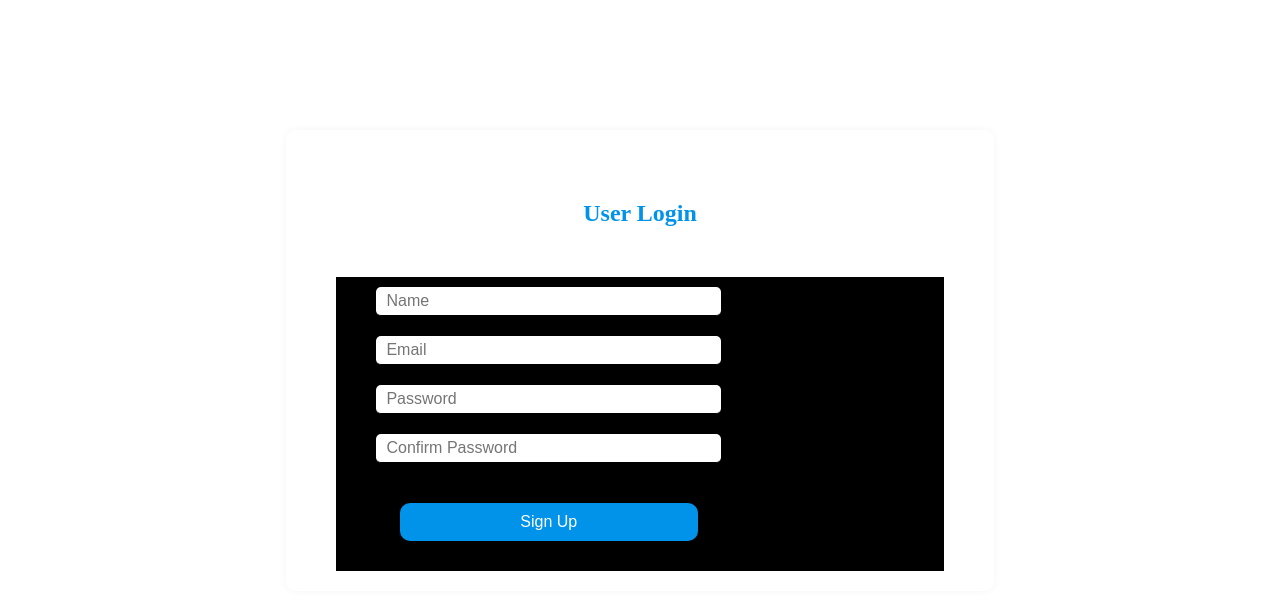
Repository: devSkhandelwal/job-search
Page: /login
An editor plug-in stored every save of this project. The page is shown before and after the next save, followed by the edit.
The browser window is 1280 px wide. The pictures show the whole page.
The project was rebuilt for these pictures with package versions that can differ from the ones it lists, and the page was loaded fresh each time. Also part of the build but not shown: src/actions/jobAction.js, src/components/FormElement/ApplyForm.js, src/containers/JobDetailsContainer.js, src/containers/JobFilterContainer.js, src/components/JobItem.js, src/components/JobList.js, src/containers/JobListContainer.js.

Above is the page before, as saved 2021-05-04 10:13:11.

### src/index.js
import React from 'react';
import ReactDOM from 'react-dom';
import './index.css';
import App from './App';
import {Provider} from 'react-redux'
import store from './store';

ReactDOM.render(
    <Provider store={store}>
      <App />
    </Provider>,
  document.getElementById('root')
);

### src/index.css
*{
  margin: 0;
  padding: 0;
  box-sizing: border-box;
}

.container{
  width: 100%;
  padding: 0 50px;
  display: flex;
  flex-direction: column;
  align-items: center;
  justify-content: center;
}

### src/App.js
import {BrowserRouter as Router, Route, Switch} from 'react-router-dom';
import JobDetailsContainer from './containers/JobDetailsContainer';
import JobFilterContainer from './containers/JobFilterContainer';
import JobListContainer from './containers/JobListContainer';
import LoginContainer from './containers/LoginContainer';

function App() {
  return (
    <Router>
      <Switch>
        <Route exact path="/" component={JobListContainer} />
        <Route path="/login" component = {LoginContainer}/>
        <Route path="/job/filter" component={JobFilterContainer}/>
        <Route path="/job/details/:jobId" component={JobDetailsContainer}/>
      </Switch>
    </Router>
  );
}

export default App;

### src/store.js
import {combineReducers,createStore,applyMiddleware} from 'redux';
import thunk from 'redux-thunk';
import {composeWithDevTools} from 'redux-devtools-extension'
import { userLoginReducer } from './reducers/userReducer';
import { jobDetailsReducer, jobListReducer } from './reducers/jobReducers';


const reducers = combineReducers({
    login:userLoginReducer,
    jobList:jobListReducer,
    jobDetails:jobDetailsReducer
});

const userFromStorage = localStorage.getItem('userInfo') ? JSON.parse(localStorage.getItem('userInfo')) :null

const initialState = {
    login:{userInfo:userFromStorage}
}


const middleware = [thunk]


const store = createStore(
    reducers,
    initialState,
    composeWithDevTools(applyMiddleware(...middleware))
)

export default store;

### src/containers/LoginContainer.js
import React, { useState,useEffect } from 'react';
import {useDispatch,useSelector} from 'react-redux'
import {useHistory} from 'react-router-dom'

import { userLoginAction } from '../actions/userActions';
import Card from '../components/Card/Card';
import './LoginContainer.css'
import Button from '../components/FormElement/Button'
import Input from '../components/FormElement/Input'
import FormContainer from '../components/FormElement/FormContainer';

const LoginContainer = () => {

    const [name,setName] = useState('');
    const [email,setEmail] = useState('');
    const [password,setPassword] = useState('');
    const [confirmPassword,setConfirmPassword] = useState('');
    const [message,setMessage] = useState('')



    const history = useHistory();
    const dispatch = useDispatch();
    const user = useSelector(state=>state.login);

    const {userInfo,loading,error} = user;


    useEffect(()=>{
        if(userInfo){
            history.push('/job/filter')
        }
    },[userInfo,history])

    const submitHandler = (e) => {
        e.preventDefault();
        if(name === '' || email ==='' || password === '' || confirmPassword === '' ){
            setMessage('Required all fields')
        }

        if(password === confirmPassword){
            setMessage('Password does not match')
        }

        dispatch(userLoginAction(name,email))



    }

    return (
        <div className="container login__container">
            <Card>
            <h2>User Login </h2>
                <FormContainer>

                    <form onSubmit={submitHandler} className="form">
                        <Input
                            element="input"
                            id="name"
                            name="Name"
                            type="text"
                            value={name}
                            onChange={(e)=>setName(e.target.value)}
                        />
                        <Input
                            element="input"
                            id="email"
                            name="Email"
                            type="email"
                            value={email}
                            onChange={(e)=>setEmail(e.target.value)}
                        />
                        <Input
                            element="input"
                            id="password"
                            name="Password"
                            type="password"
                            value={password}
                            onChange={(e)=>setPassword(e.target.value)}
                        />
                        <Input
                            element="input"
                            id="confirmPassword"
                            name="Confirm Password"
                            type="password"
                            value={confirmPassword}
                            onChange={(e)=>setConfirmPassword(e.target.value)}
                        />
                        <Button type="submit" varient="full">
                            Sign Up
                        </Button>
                    </form>
                </FormContainer>
            </Card>
        </div>
    )
}

export default LoginContainer

### src/reducers/userReducer.js
import { USER_LOGIN_FAIL, USER_LOGIN_REQUEST, USER_LOGIN_SUCCESS } from "../constants/userConstants";

export const userLoginReducer = (state={},action) => {
    switch(action.type){
        case USER_LOGIN_REQUEST:
            return {
                loading:true
            }
        case USER_LOGIN_SUCCESS:
            return{
                loading:false,
                userInfo:action.payload
            }
        case USER_LOGIN_FAIL:
            return{
                loading:false,
                error:action.payload
            }
        default:
            return state
    }
}

### src/reducers/jobReducers.js
import { JOB_DETAILS_FAIL, JOB_DETAILS_REQUEST, JOB_DETAILS_SUCCESS, JOB_LIST_FAIL, JOB_LIST_REQUEST, JOB_LIST_SUCCESS } from "../constants/jobsConstants";

export const jobListReducer = (state={jobs:[]},action) => {
    switch(action.type){
        case JOB_LIST_REQUEST:
            return {loading:true,jobs:[]};
        case JOB_LIST_SUCCESS:
            return {
                loading:false,
                jobs:action.payload
            }
        case JOB_LIST_FAIL:
            return {
                loading:false,
                error:action.payload
            }
        default:
            return state
    };
};



export const jobDetailsReducer = (state={job:{}},action) => {
    switch(action.type){
        case JOB_DETAILS_REQUEST:
            return {loading:true};
        case JOB_DETAILS_SUCCESS:
            return {
                loading:false,
                job:action.payload
            }
        case JOB_DETAILS_FAIL:
            return {
                loading:false,
                error:action.payload
            }
        default:
            return state
    };
};

### src/components/FormElement/Button.js
import React from 'react';
import './Button.css'

const Button = ({type,varient,children}) => {
    return (
        <>
            <button type={type} className={`button ${varient}`}>
                {children}
            </button>
        </>
    )
}

export default Button

### src/components/FormElement/Input.js
import React from 'react';

import './Input.css'

const Input = ({element,onChange,value,type,name,id}) => {

    const inputElement = element === 'input' ? (
        <input
            id={id}
            name={name}
            type={type}
            value={value}
            onChange={onChange}
            placeholder={name}
        />
    ):null

    return (
        <div className="form-group">
            {inputElement}
        </div>
    )
}

export default Input

### src/actions/userActions.js
import {v4 as uuidV4} from 'uuid';

import { USER_LOGIN_FAIL, USER_LOGIN_REQUEST, USER_LOGIN_SUCCESS } from "../constants/userConstants"

export const userLoginAction = (name,email) => async(dispatch) => {
    try{
        dispatch({
            type:USER_LOGIN_REQUEST
        });

        const user= {
            id:uuidV4(),
            name,
            email
        }

        dispatch({
            type:USER_LOGIN_SUCCESS,
            payload:user
        });

        localStorage.setItem('userInfo',JSON.stringify(user))

    }catch(err){
        dispatch({
            type:USER_LOGIN_FAIL,
            payload:err
        })
    }

}

### src/components/Card/Card.js
import React from 'react';

import './Card.css'

const Card = ({children}) => {
    return (
        <div className="card">
            {children}
        </div>
    )
}

export default Card

### src/containers/LoginContainer.css
.form{
    display: flex;
    flex-direction: column;
    align-items: center;
    width: 70%;
}

.login__container{
    height: 100vh;
}

.login__container h2{
    text-align: center;
    margin: 50px 0;
    color:#0093E9;
}

### src/components/FormElement/FormContainer.js
import React from 'react'

import './FormContainer.css'

const FormContainer = ({children}) => {
    return (
        <div className="form-container">
            {children}kjsdfh
        </div>
    )
}

export default FormContainer;

### src/constants/userConstants.js

export const USER_LOGIN_REQUEST = 'USER_LOGIN_REQUEST'
export const USER_LOGIN_SUCCESS = 'USER_LOGIN_SUCCESS';
export const USER_LOGIN_FAIL = 'USER_LOGIN_FAIL';

### src/constants/jobsConstants.js
export const JOB_LIST_REQUEST = "JOB_LIST_REQUEST";
export const JOB_LIST_SUCCESS = "JOB_LIST_SUCCESS";
export const JOB_LIST_FAIL = "JOB_LIST_FAIL";



export const JOB_DETAILS_REQUEST = "JOB_DETAILS_REQUEST";
export const JOB_DETAILS_SUCCESS = "JOB_DETAILS_SUCCESS";
export const JOB_DETAILS_FAIL = "JOB_DETAILS_FAIL";

### src/components/FormElement/Button.css
.button{

    padding: 10px;
    margin: 30px;
    border: none;
    color: white;
    border-radius: 10px;
    font-size: 16px;
    cursor: pointer;
}

.button:hover{
    box-shadow: 0 0 5px #0093E9;
}

.full{
    width: 70%;
    background-color: #0093E9;
}

### src/components/FormElement/Input.css
.form-group{
    width: 90%;
    margin:10px 0;
    display: flex;
    justify-content: center;
}

.form-group input{
    border: none;
    outline: none;
    border-bottom:1px black solid ;
    padding:5px 10px;
    font-size: 16px;
    width: inherit;
    border-radius:5px;

}

### src/components/Card/Card.css
.card{
    width: 60%;
    box-shadow: 0px 0px 10px whitesmoke;
    padding: 20px 50px;
    border-radius: 10px;

}

.card:hover{
    box-shadow: 0px 0px 30px whitesmoke;
}

### src/components/FormElement/FormContainer.css
.form-container{
    display: flex;
    align-items: center;
    width: 100%;
    background-color: black;
}

Loaded but not shown: public/index.html (common file)

After the next save:
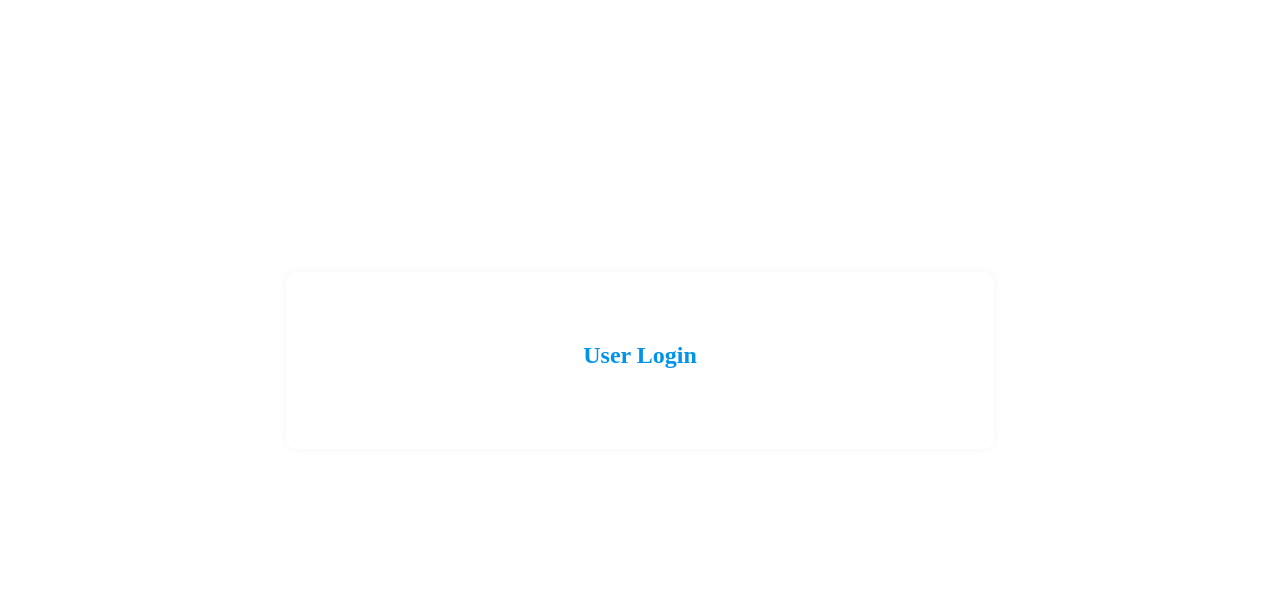
Saved 16 s later.
--- a/src/components/FormElement/FormContainer.js
+++ b/src/components/FormElement/FormContainer.js
@@ -1,13 +1,25 @@
-import React from 'react'
+import React from 'react';
 
-import './FormContainer.css'
+import './Input.css'
 
-const FormContainer = ({children}) => {
+const Input = ({element,onChange,value,type,name,id}) => {
+
+    const inputElement = element === 'input' ? (
+        <input
+            id={id}
+            name={name}
+            type={type}
+            value={value}
+            onChange={onChange}
+            placeholder={name}
+        />
+    ):null
+
     return (
-        <div className="form-container">
-            {children}kjsdfh
+        <div className="form-group">
+            {inputElement}
         </div>
     )
 }
 
-export default FormContainer;
+export default Input

After the save that followed:
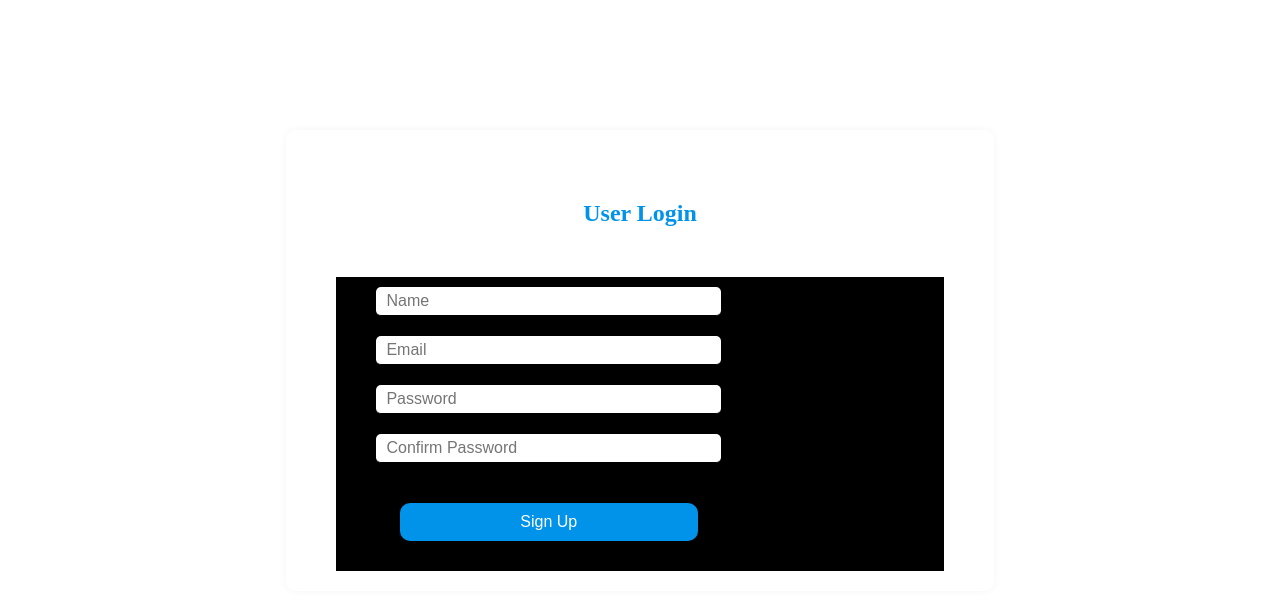
Saved 8 s later.
--- a/src/components/FormElement/FormContainer.js
+++ b/src/components/FormElement/FormContainer.js
@@ -1,25 +1,13 @@
-import React from 'react';
+import React from 'react'
 
-import './Input.css'
+import './FormContainer.css'
 
-const Input = ({element,onChange,value,type,name,id}) => {
-
-    const inputElement = element === 'input' ? (
-        <input
-            id={id}
-            name={name}
-            type={type}
-            value={value}
-            onChange={onChange}
-            placeholder={name}
-        />
-    ):null
-
+const FormContainer = ({children}) => {
     return (
-        <div className="form-group">
-            {inputElement}
+        <div className="form-container">
+            {children}kjsdfh
         </div>
     )
 }
 
-export default Input
+export default FormContainer;
